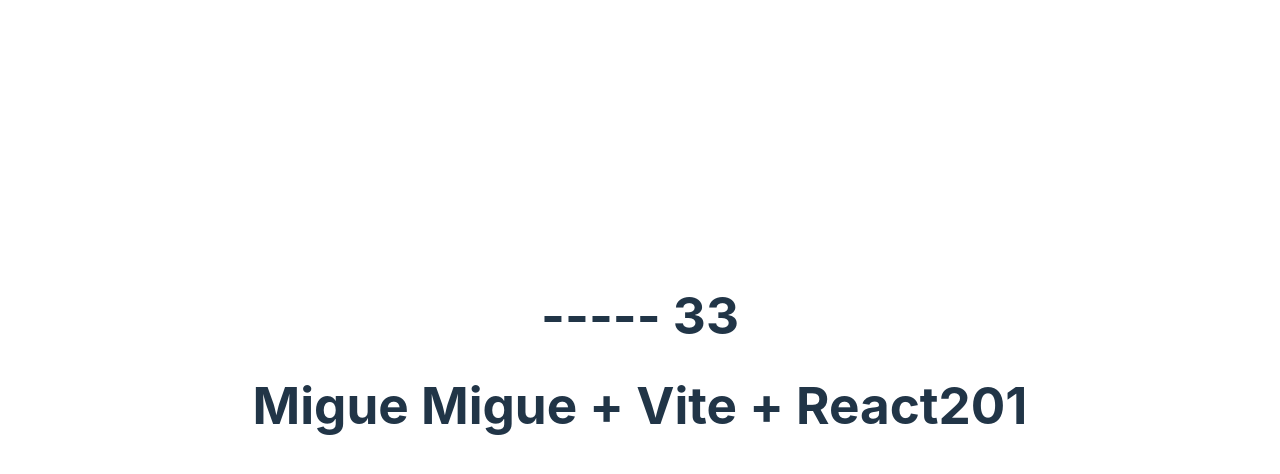
Repository: MiguelDev5/react-learning
Page: /
These files come from the project's save history. The page is drawn as it stood at one moment and after the next save; the edit follows.
The browser window is 1280 px wide. The pictures show the whole page.
The project was rebuilt for these pictures with package versions that can differ from the ones it lists, and the page was loaded fresh each time. Also part of the build but not shown: vite.config.js.

Above is the page before, as saved 2024-03-14 18:43:23.

After the next save:
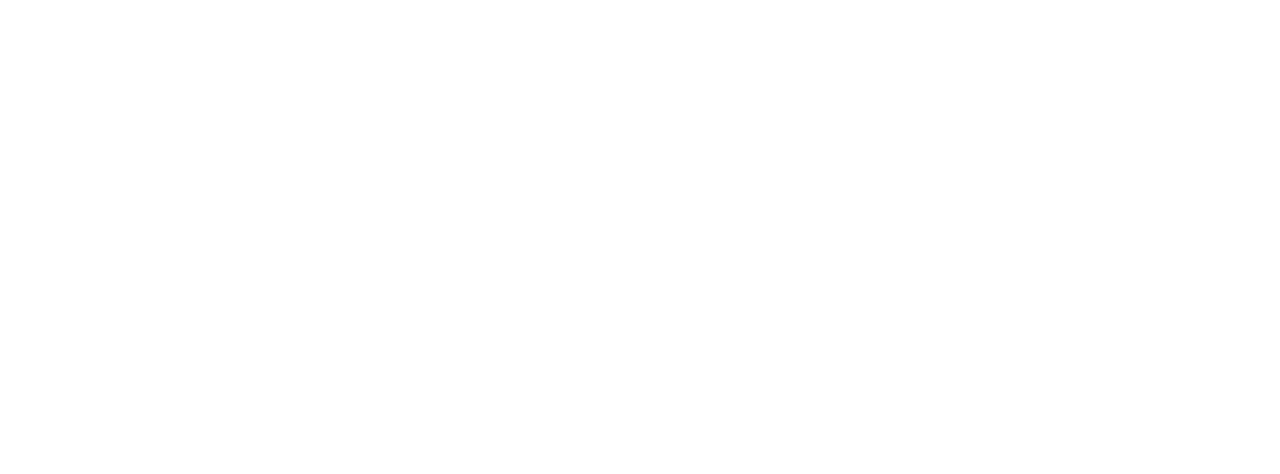
Console error: ReferenceError: age is not defined
Saved 42 s later.
--- a/src/App.jsx
+++ b/src/App.jsx
@@ -8,7 +8,7 @@
   return (
     <>
       <h1> ----- { surname } </h1>
-      <h1>{name} + Vite + React201</h1>
+      <h1>{name} + Vite + {age}</h1>
     </>
   )
 }
@@ -18,6 +18,10 @@
   surname: PropTypes.number.isRequired
 };
 
-MyComponent.def
+MyComponent.defaultProps = {
+  name: 'default',
+  surname: 'default',
+  age: 2024
+};
 
 export default MyComponent

After the save that followed:
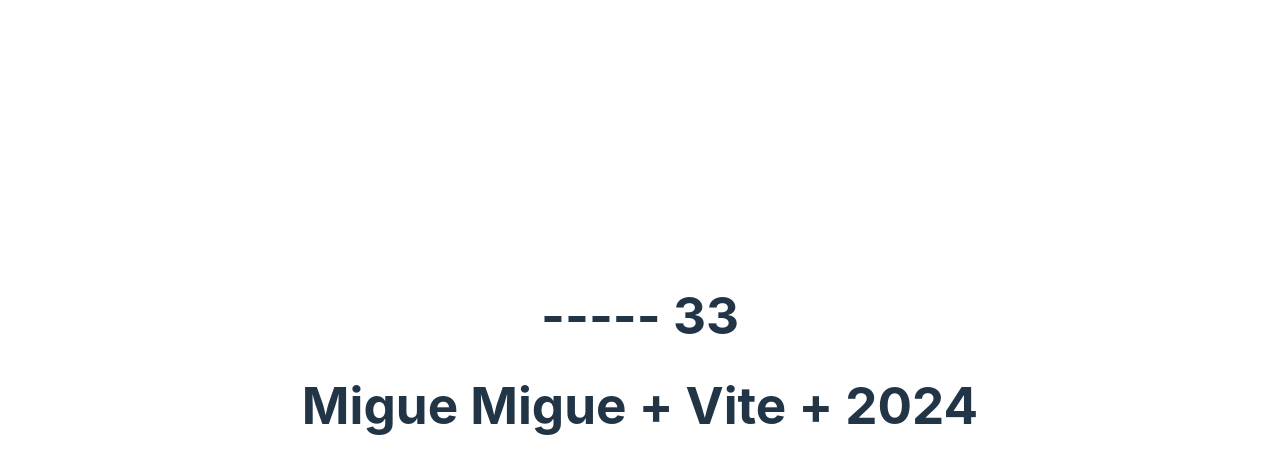
The error is gone.
Saved 10 s later.
--- a/src/App.jsx
+++ b/src/App.jsx
@@ -2,7 +2,7 @@
 import PropTypes from 'prop-types';
 import './App.css'
 
-const MyComponent = ({name, surname}) => {
+const MyComponent = ({name, surname, age}) => {
   const [count, setCount] = useState(0)
 
   return (
